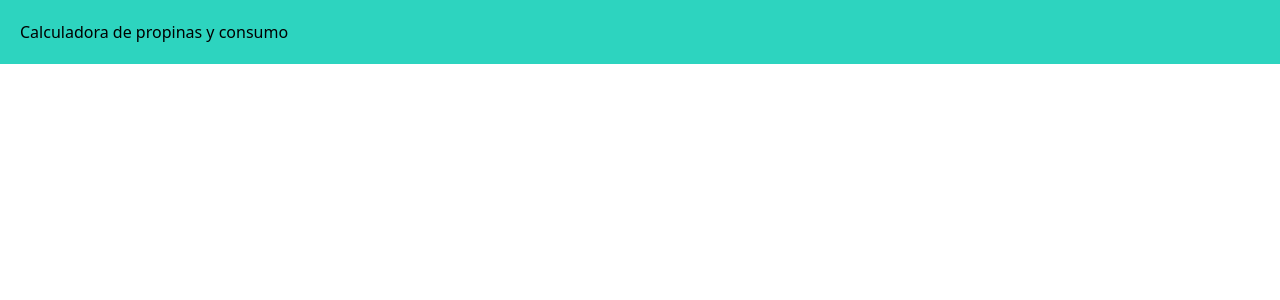
Repository: Samuel-Leal96/calculador_propinas
Page: /
These files come from the project's save history. The page is drawn as it stood at one moment and after the next save; the edit follows.
The browser window is 1280 px wide. The pictures show the whole page.
The project was rebuilt for these pictures with package versions that can differ from the ones it lists, and the page was loaded fresh each time. Also part of the build but not shown: vite.config.ts.

Above is the page before, as saved 2025-10-20 16:44:14.

### index.html
<!doctype html>
<html lang="en">
  <head>
    <meta charset="UTF-8" />
    <link rel="icon" type="image/svg+xml" href="/vite.svg" />
    <meta name="viewport" content="width=device-width, initial-scale=1.0" />
    <title>calculaora_propinas</title>
  </head>
  <body>
    <div id="root"></div>
    <script type="module" src="/src/main.tsx"></script>
  </body>
</html>

### src/App.tsx


function App() {

  return (
    <>
      <header className="bg-teal-400 p-5">
        <h1 className="">Calculadora de propinas y consumo</h1>
      </header>
    </>
  )
}

export default App

Loaded but not shown: src/main.tsx (common file); src/index.css (common file); tailwind.config.js (common file)

After the next save:
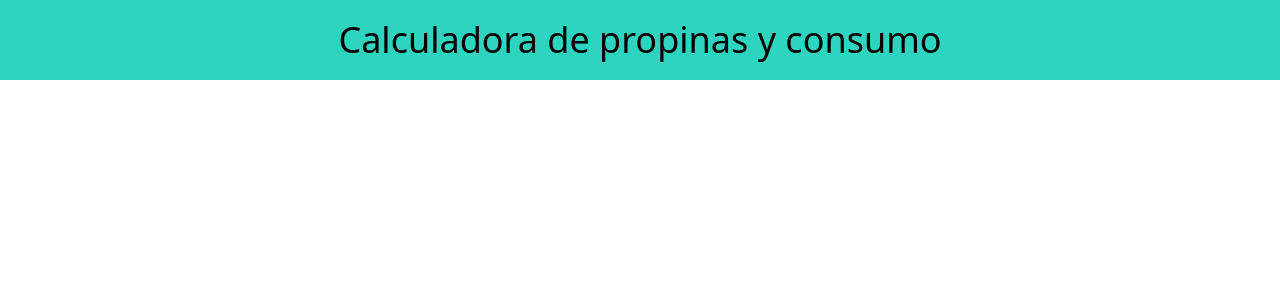
Saved 33 s later.
--- a/src/App.tsx
+++ b/src/App.tsx
@@ -5,7 +5,7 @@ function App() {
   return (
     <>
       <header className="bg-teal-400 p-5">
-        <h1 className="">Calculadora de propinas y consumo</h1>
+        <h1 className="text-center text-4xl">Calculadora de propinas y consumo</h1>
       </header>
     </>
   )
